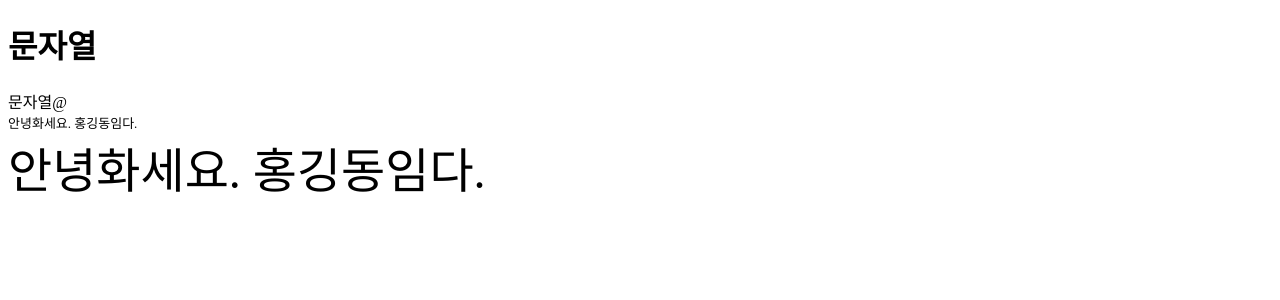
Repository: dnjs0/HCJ
Page: ClientTest/src/main/webapp/ex07_font.html
An editor plug-in stored every save of this project. The page is shown before and after the next save, followed by the edit.
The browser window is 1280 px wide. The pictures show the whole page.

Above is the page before, as saved 2025-02-11 00:40:26.

After the next save:
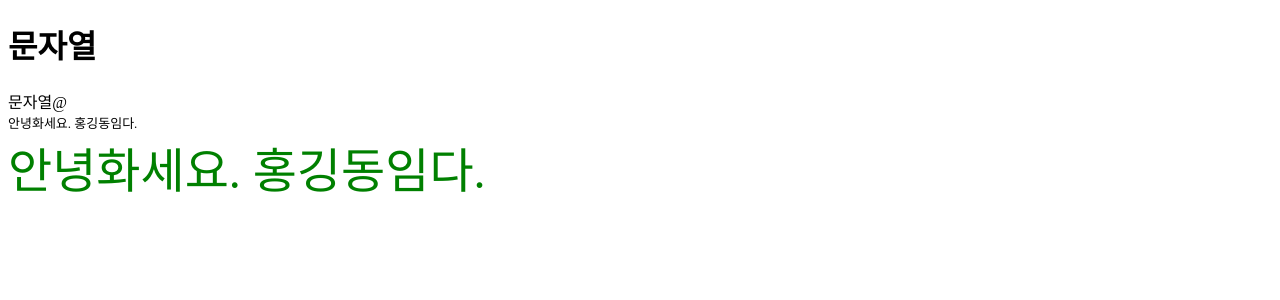
Saved 31 s later.
--- a/ClientTest/src/main/webapp/ex07_font.html
+++ b/ClientTest/src/main/webapp/ex07_font.html
@@ -19,6 +19,10 @@
 	   - 글꼴 크기
 	   - 1~7
 
+	   font.color
+	   - 전경색
+
+
 
 	 -->
 	<h1>문자열</h1>
@@ -26,7 +30,7 @@
 	<br>
 	<font size="2">안녕화세요. 홍깅동임다.</font>
 	<br>
-	<font size = "7">안녕화세요. 홍깅동임다.</font>
+	<font size = "7" color = "green">안녕화세요. 홍깅동임다.</font>
 
 
 
